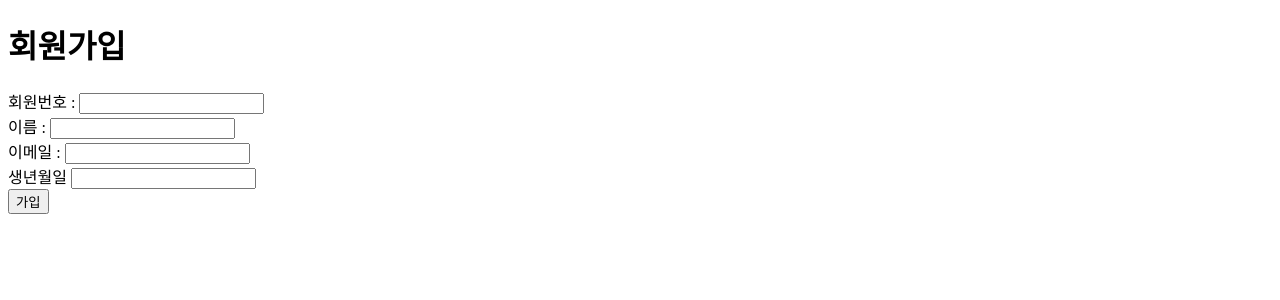
Repository: whdghks9241/Servlet-JSP-Workspace
Page: http://localhost/join/register.jsp
An editor plug-in stored every save of this project. The page is shown before and after the next save, followed by the edit.
The browser window is 1280 px wide. The pictures show the whole page.
The page is served by Tomcat 9. Other server files are loaded and not shown.

Above is the page before, as saved 2023-11-07 01:46:34.

### join/src/main/webapp/register.jsp
<%@ page language="java" contentType="text/html; charset=utf-8"
    pageEncoding="utf-8"%>
<!DOCTYPE html>
<html>
<head>

<meta charset="EUC-KR">
<title>Insert title here</title>
 <link rel="stylesheet" type = "text/css" href="styles.css">
</head>
<body>
<h1>회원가입</h1>
<form action="RegisterServlet" method="post" ></form>
	<label for = "mon">회원번호 : </label>
	<input type="text" id="mno" name ="mno" required><br>

	<lable for = "mname">이름 : </lable>
	<input type="text" id="mname" name="mname" required><br>

	<lable for = "email">이메일 : </lable>
	<input type="text" id="email" name="email" required><br>

	<lable for="mbirth">생년월일</lable>
	<input tpye = "date" id="mbirth" name="mbirth" required><br>

	<input type="submit" value = "가입">
</body>
</html>

### join/src/main/webapp/styles.css
styles.css
h1 {
	background-color:#333;
	color:#fff;
	padding :10px;
	text-align : center;
}

After the next save:
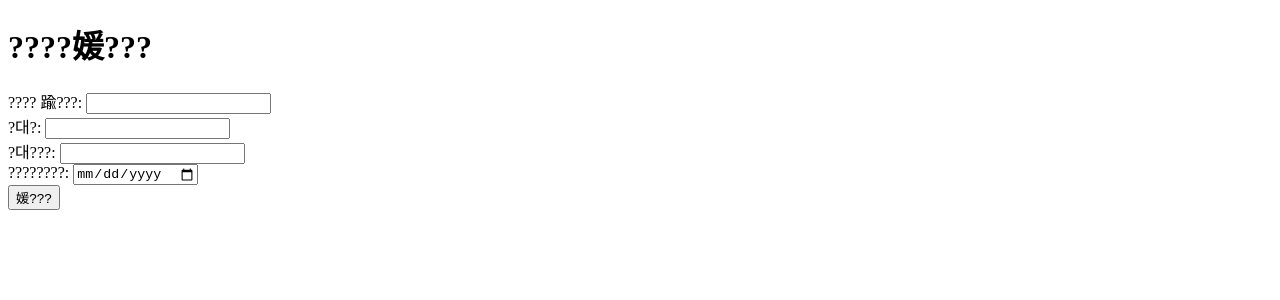
Saved 13 min 56 s later.
--- a/join/src/main/webapp/register.jsp
+++ b/join/src/main/webapp/register.jsp
@@ -1,28 +1,28 @@
-<%@ page language="java" contentType="text/html; charset=utf-8"
-    pageEncoding="utf-8"%>
+<%@ page language="java" contentType="text/html; charset=EUC-KR"
+    pageEncoding="EUC-KR"%>
 <!DOCTYPE html>
 <html>
 <head>
-
 <meta charset="EUC-KR">
 <title>Insert title here</title>
- <link rel="stylesheet" type = "text/css" href="styles.css">
+ <link rel="stylesheet" type="text/css" href="styles.css">
 </head>
 <body>
 <h1>회원가입</h1>
-<form action="RegisterServlet" method="post" ></form>
-	<label for = "mon">회원번호 : </label>
-	<input type="text" id="mno" name ="mno" required><br>
+<form action="RegisterServlet" method="post">
+	    <label for="mno">회원 번호:</label>
+        <input type="text" id="mno" name="mno" required><br>
 
-	<lable for = "mname">이름 : </lable>
-	<input type="text" id="mname" name="mname" required><br>
+        <label for="mname">이름:</label>
+        <input type="text" id="mname" name="mname" required><br>
 
-	<lable for = "email">이메일 : </lable>
-	<input type="text" id="email" name="email" required><br>
+        <label for="memail">이메일:</label>
+        <input type="email" id="memail" name="memail" required><br>
 
-	<lable for="mbirth">생년월일</lable>
-	<input tpye = "date" id="mbirth" name="mbirth" required><br>
+        <label for="mbirth">생년월일:</label>
+        <input type="date" id="mbirth" name="mbirth" required><br>
 
-	<input type="submit" value = "가입">
+        <input type="submit" value="가입">
+    </form>
 </body>
 </html>
